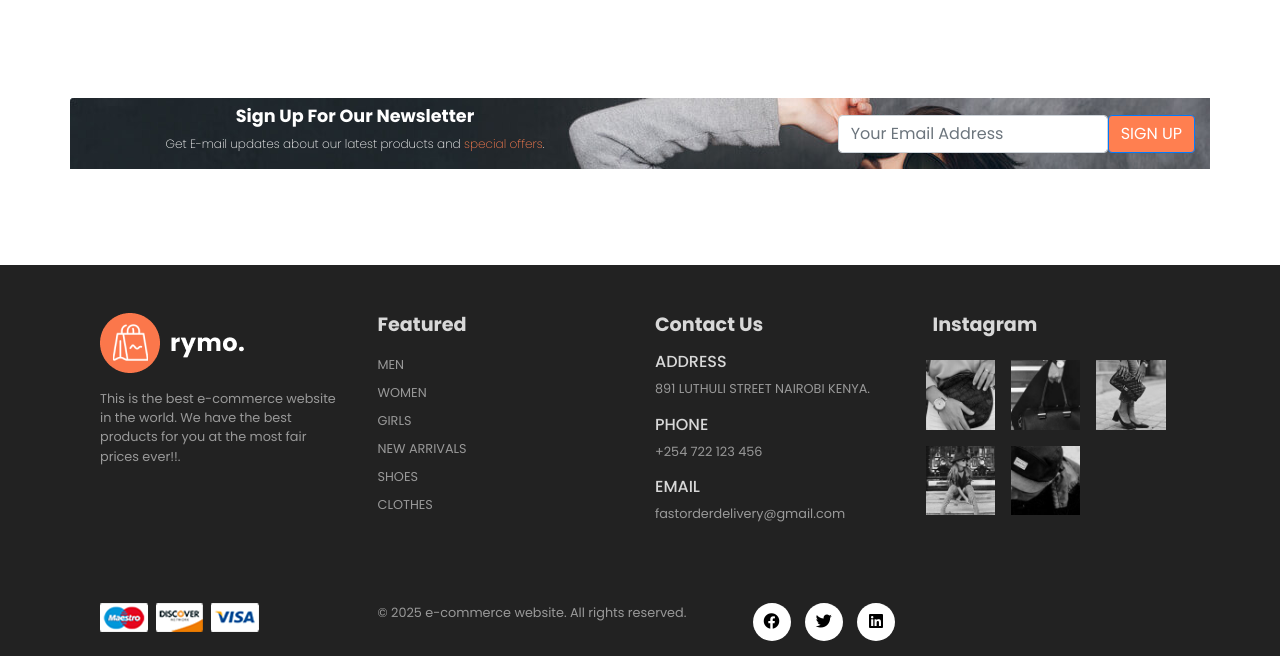
Repository: peter417waweru/e-commerce-UI
Page: contact.html
These files come from the project's save history. The page is drawn as it stood at one moment and after the next save; the edit follows.
The browser window is 1280 px wide. The pictures show the part of the page from y = 792 to 1448 px (the page is 1448 px tall).
Pictures or frames that could not be fetched are drawn as grey boxes. Some web libraries are served in a nearby version.

Above is the page before, as saved 2025-02-10 00:31:34.
Console error: TypeError: Cannot set properties of undefined (setting 'onclick')

### contact.html
<!DOCTYPE html>
<html lang="en">
    <head>

        <meta charset="UTF-8">
        <meta http-equiv="X-UA-Compatible" content="IE=edge">
        <meta name="viewport" content="width=device-width, initial-scale=1.0">
        <title>Ecommerce Website1</title>

        <link rel="stylesheet" href="https://cdn.jsdelivr.net/npm/bootstrap@4.1.3/dist/css/bootstrap.min.css"
        integrity="sha384-MCw98/SFnGE8fJT3GXwEOngsV7Zt27NXFoaoApmYm81iuXoPkFOJwJ8ERdknLPMO" crossorigin="anonymous">

        <link rel="stylesheet" href="https://pro.fontawesome.com/releases/v5.10.0/css/all.css" />

        <link rel="stylesheet" href="./style.css">
        <link rel="stylesheet" href="./about.css">
        <link rel="stylesheet" href="./contact.css">
    </head>

    <body>
        <nav class="navbar navbar-expand-lg navbar-light bg-white py-3 fixed-top">
            <div class="container">
              <img src="img/logo1.png" alt="">
              <button class="navbar-toggler" type="button" data-bs-toggle="collapse" data-bs-target="#navbarSupportedContent"
              aria-controls="navbarSupportedContent" aria-expanded="false" aria-label="Toggle navigation">
                <span><i id="bar" class="fas fa-bars"></i></span>
              </button>
              <div class="collapse navbar-collapse" id="navbarSupportedContent">
                <ul class="navbar-nav ml-auto">
                  <li class="nav-item">
                    <a class="nav-link " aria-current="page" href="#">Home</a>
                  </li>
                  <li class="nav-item">
                    <a class="nav-link" aria-current="page" href="shop.html">Shop</a>
                  </li>
                  <li class="nav-item">
                    <a class="nav-link" aria-current="page" href="#">Blog</a>
                  </li>
                  <li class="nav-item">
                    <a class="nav-link" aria-current="page" href="#">About</a>
                  </li>
                  <li class="nav-item">
                    <a class="nav-link active" aria-current="page" href="#">Contact Us</a>
                  </li>
                  <li class="nav-item">
                    <i class="fal fa-search"></i>
                    <i class="fal fa-shopping-bag"></i>
                  </li>


                </ul>

              </div>
            </div>
        </nav>

        <section id="page-header" class="container mt-5 pt-5">
           <div class="about-header">
            <h2 class="text-center mt-5 pt-5">#let's_talk</h2>
            <p class="text-center">Contact us with any questions, and our team will be happy to assist you.</p>
           </div>
        </section>

        <section id="contact-details" class="container mt-5">
            <div class="row d-flex align-items-center gap-4">
                <div class="details-side col-lg-6 col-md-6 col-12">
                    <span>GET IN TOUCH</span>
                    <h2>Visit one of our agency locations or contact us today</h2>
                    <h3>Head Office</h3>
                    <hr class="mt-1">
                    <li>
                        <i class="fal fa-map"></i>
                        <p>Kiki.moto Collection Shop C59
                            Dubai Merchant Mall, Nairobi, Kenya</p>
                    </li>
                    <li>
                        <i class="fal fa-envelope"></i>
                        <p>support@kiki.moto.com</p>
                    </li>
                    <li>
                        <i class="fal fa-phone-alt"></i>
                        <p>+254 754 497441,  +254 703 416091</p>
                    </li>
                    <li>
                        <i class="fal fa-clock"></i>
                        <p>Open: Mon - Sat, 9:00 AM - 8:00 PM</p>
                    </li>
                </div>
                <div class="map col-lg-6 col-md-6 col-12">
                    <iframe src="https://www.google.com/maps/embed?pb=!1m18!1m12!1m3!1d3988.
                    8308746660095!2d36.778592273500564!3d-1.2747547356105604!2m3!1f0!2f0!3f0!3m2!1i1024!2i768!4f13.1!3m3!1m2!1s0x182f1
                    9fd9b65c0ef%3A0xbac0db1b9cbf73e!2sArchives%20Tower%2C%20Nairobi!5e0!3m2!1ssw!2ske!4v1739129931160!5m2!1ssw!2ske" width="100%" height="350px" style="border:0;"
                     allowfullscreen="" loading="lazy" referrerpolicy="no-referrer-when-downgrade">
                    </iframe>
                </div>
            </div>
        </section>

        <section id="newsletter" class="container py-5">
            <div class="row align-items-center text-center text-lg-start">
                <div class="col-lg-6 col-md-12">
                    <h4 class="mt-2">Sign Up For Our Newsletter</h4>
                    <p>Get E-mail updates about our latest products and <span>special offers</span>.</p>
                </div>
                <div class="col-lg-6 col-md-12">
                    <form class="d-flex justify-content-center justify-content-lg-end">
                        <input type="email" class="form-control w-50 me-2" placeholder="Your Email Address">
                        <button class="btn btn-primary">Sign Up</button>
                    </form>
                </div>
            </div>
        </section>

        <footer class="mt-5">
            <div class="row container mx-auto pt-5">
              <div class="footer-one col-lg-3 col-md-6 col-12">
                <img src="img/logo2.png" alt="">
                <p class="pt-3">This is the best e-commerce website in the world.
                   We have the best products for you at the most fair prices ever!!.</p>
              </div>
              <div class="footer-one col-lg-3 col-md-6 col-12">
                <h4 class="pb-2">Featured</h4>
                <ul class="text-uppercase list-unstyled">
                  <li><a href="#">men</a></li>
                  <li><a href="#">women</a></li>
                  <li><a href="#">girls</a></li>
                  <li><a href="#">new arrivals</a></li>
                  <li><a href="#">shoes</a></li>
                  <li><a href="#">clothes</a></li>
                </ul>
              </div>
              <div class="footer-one col-lg-3 col-md-6 col-12 mb-3">
                <h4 class="pb-2">Contact Us</h4>
                <div>
                  <h6 class="text-uppercase">Address</h6>
                <p>891 LUTHULI STREET NAIROBI KENYA.</p>
                </div>
                <div>
                  <h6 class="text-uppercase">Phone</h6>
                <p>+254 722 123 456</p>
                </div>
                <div>
                  <h6 class="text-uppercase">Email</h6>
                <p>fastorderdelivery@gmail.com</p>
                </div>
              </div>
              <div class="footer-one col-lg-3 col-md-6 col-12 mb-3">
                <h4 class="pb-2">Instagram</h4>
                <div class="row">
                  <img class="img-fluid w-25 h-100 m-2" src="img/insta/1.jpg" alt="">
                  <img class="img-fluid w-25 h-100 m-2" src="img/insta/2.jpg" alt="">
                  <img class="img-fluid w-25 h-100 m-2" src="img/insta/3.jpg" alt="">
                  <img class="img-fluid w-25 h-100 m-2" src="img/insta/4.jpg" alt="">
                  <img class="img-fluid w-25 h-100 m-2" src="img/insta/5.jpg" alt="">
                </div>
              </div>
            </div>
            <div class="copyright mt-5">
              <div class="row container mx-auto">
                <div class="col-lg-3 col-md-6 col-12 mb-4">
                  <img class="img-fluid" src="img/payment.png" alt="">
                </div>
                <div class="col-lg-4 col-md-6 col-12 text-nowrap mb-2">
                  <p>© 2025 e-commerce website. All rights reserved.</p>
                </div>
                <div class="col-lg-4 col-md-6 col-12">
                  <a href="#"><i class="fab fa-facebook"></i></a>
                  <a href="#"><i class="fab fa-twitter"></i></a>
                  <a href="#"><i class="fab fa-linkedin"></i></a>
                </div>
              </div>
            </div>
        </footer>
    </body>

    <script src="https://cdn.jsdelivr.net/npm/@popperjs/core@2.9.1/dist/umd/popper.min.js"
        integrity="sha384-SR1sx49pcuLnqZUnnPwx6FCym0wLsk5JZuNx2bPPENzswTNFaQU1RDvt3wT4gWFG"
        crossorigin="anonymous">
    </script>
    <script src="https://cdn.jsdelivr.net/npm/bootstrap@5.0.0-beta3/dist/js/bootstrap.min.js"
        integrity="sha384-j0CNLUeiqtyaRmlzUHCPZ+Gy5fQu0dQ6eZ/xAww941Ai1SxSY+0EQqNXNE6DZiVc"
        crossorigin="anonymous">
    </script>
    <script src="scripts.js"></script>
</html>

### style.css
@import url("https://fonts.googleapis.com/css2?family=Poppins:wght@100;200;300;400;500;600;700;800;900&display=swap");
* {
  margin: 0;
  padding: 0;
  box-sizing: border-box;
}

body {
  font-family: "Poppins", sans-serif;
}

h1 {
  font-size: 2.5rem;
  font-weight: 700;
}

h2 {
  font-size: 1.8rem;
  font-weight: 600;
}

h3 {
  font-size: 1.4rem;
  font-weight: 800;
}

h4 {
  font-size: 1.1rem;
  font-weight: 600;
}

h5 {
  font-size: 1rem;
  font-weight: 400;
  color: #1d1d1d;
}

h6 {
  color: #d8d8d8;
}

hr {
  width: 30px;
  height: 2px;
  background-color: #fb774b;
}

.star {
  padding: 10px 0;
}

.star i{
  font-size: 0.8rem;
  color: goldenrod;
}

button {
  font-size: 0.8rem;
  font-weight: 700;
  outline: none;
  border: none;
  background-color: #1d1d1d;
  color: aliceblue;
  padding: 13px 30px;
  cursor: pointer;
  text-transform: uppercase;
  transition: 0.3s ease;
}

button:hover {
  background-color: #3a3833;
}

hr {
  width: 30px;
  height: 2px;

}

.navbar {
  font-size: 16px;
  background-color: #d8d8d8;
  top: 0;
  left: 0;
  box-shadow: 0 5px 10px rgba(0, 0, 0, 0.1);
}

.navbar-light .navbar-nav .nav-link{
  padding: 0 20px;
  color: black;
  transition: 0.3s ease;
}

.navbar-light .navbar-nav .nav-link:hover,
.navbar i:hover,
.navbar-light .navbar-nav .nav-link.active,
.navbar i.active
{
  color: coral;
}



.navbar i{
  font-size: 1.2rem;
  padding: 0 7px;
  cursor: pointer;
  transition: 0.3s ease;
}

/* Mobile Nav*/


.navbar-light .navbar-toggler{
  border: none;
  outline: none;
}

#bar {
  font-size: 1.5rem;
  padding: 7px;
  cursor: pointer;
  font-weight: 500;
  color: black;
  transition: 0.3s ease;
}

#bar:hover,
#bar.active{
  color: #fff;
}

@media only screen and (max-width: 990px) {

  body > nav > div > button:hover ,
  body > nav > div > button:focus {
    background-color: #fb774b;
  }

  body > nav > div > button:hover #bar,
  body > nav > div > button:focus #bar {
    background-color: #fb774b;
  }

  #navbarSupportedContent > ul {
    margin: 1rem;
    justify-content: flex-end;
    align-items: flex-end;
    text-align: right;
  }

  #navbarSupportedContent > ul > li:nth-child(n) > a {
    padding: 10px 0;
  }
}


#home {
  background-image: url("img/back.jpg");
  width: 100%;
  height: 100vh;
  background-size: cover;
  background-position: top 70px center;
  display: flex;
  flex-direction: column;
  align-items: flex-start;
  justify-content: center;

}

#home span{
  color: coral;
}

#new .one img{
  width: 100%;
  height: 100%;
  background-position: center center;
  background-repeat: no-repeat;
  background-size: cover;
  position: relative;
}


#new .row .one .details{
  position: absolute;
  width: 100%;
  height: 100%;
  top: 0;
  left: 0;
  transition: 0.3s ease;
}

#new .row .one:hover .details{
  cursor: pointer;
  background-color: rgba(255, 178, 178, 0.8);
}

#new .row .one .details button{
 display: inline-block;
 font-size: 14px;
 font-weight: 500;
 color: #2a2a2a;
 background: none;
 text-transform: uppercase;
 border-bottom: 1px solid #2a2a2a;
 padding: 1.5px;
 transform: translateY(70px);
 transition: 0.3s ease;
}

#new .row .one .details button:hover{
  cursor: pointer;
  color: #fff;
  border-bottom: 1px solid #fff;
}

#new .row .one:nth-child(1) .details{
  display: flex;
  justify-content: center;
  flex-direction: column;
  align-items: flex-start;
  text-align: start;
}

#new .row .one:nth-child(2) .details{
  display: flex;
  justify-content: center;
  flex-direction: column;
  align-items: center;
  text-align: center;
}

#new .row .one:nth-child(3) .details{
  display: flex;
  justify-content: center;
  flex-direction: column;
  align-items: flex-end;
  text-align: end;
}

/*Products*/

.product {
  cursor: pointer;
  margin-bottom: 2rem;
}

.product img{
  transition: 0.3s all;

}

.product img:hover{
  opacity: 0.7;
}

.product .buy-btn{
  background: #fb774b;
  transform: translateY(20px);
  opacity: 0;
  transition: 0.3s all;
}
.product:hover .buy-btn{
  transform: translateY(0px);
  opacity: 1;
}

#banner {
  background-image: url("img/banner/2.jpg");
  width: 100%;
  height: 60vh;
  background-size: cover;
  background-position: top 70px center;
  background-repeat: no-repeat;
  background-attachment: fixed;
  display: flex;
  flex-direction: column;
  align-items: flex-start;
  justify-content: center;
}

#banner h4{
  color: #D8D8D8;
}

#banner h1{
  color: #D8D8D8;
}

#banner button{
  background-color: #fb774b;
}

footer{
  background-color: #222222;
}

footer h4 {
  color: #D8D8D8;
  font-size: 1.2rem;
  font-weight: 700;
}

footer li {
  padding-bottom: 4px;
}

footer li a {
  font-size: 0.8rem;
  color: #999;
}

footer li a:hover {
  color: #D8D8D8;
}

footer p{
  color: #999;
  font-size: 0.8rem;
}

footer .copyright a{
  color: #000;
  width: 38px;
  height: 38px;
  background-color: #fff;
  display: inline-block;
  text-align: center;
  line-height: 38px;
  border-radius: 50%;
  transition: 0.3s ease;
  margin: 0 5px;

}

footer .copyright a:hover{
  color: #fff;
  background-color: #fb774b;
}

### about.css
#page-header .about-header{
    background-image: url("img/about/banner.png");
    background-position: center;
    background-size: cover;
    width: 100%;
    height: 250px;
    border-radius: 2%;
}

#page-header .about-header h2,
#page-header .about-header p{
    color: #fff;
}

#about-app .video{
    width: 70%;
    height: 100%;
    margin: 30px auto 0 auto;
}

#about-app .video video{
    width: 100%;
    height: 100%;
    border-radius: 20px;
}

#newsletter .row{
    background-image: url("img/banner/1.jpg");
}

#newsletter .row h4{
    color: #fff;
    font-weight: bold;
}

#newsletter .row p{
    color: #fff;
    font-weight: 200;
    font-size: 12px;
}

#newsletter .row p span{
    color: coral;
    font-weight: 250;
}

#newsletter .row p span:hover{
    cursor: pointer;
    color: #8d8d8d;
}

#newsletter .row button{
    background-color: coral;
}

#newsletter .row button:hover{
    background-color: #8d8d8d;

}

@media (max-width: 768px){
    #newsletter .row{
        margin: 0 auto 0 auto;
        padding-bottom: 20px;
    }
}

### contact.css
#contact-details .details-side span{
    color: #8d8d8d;
    font-size: 15px;
}

#contact-details .details-side h2{
    margin-top: 10px;
    columns: black;
    font-size: 16px;
}

#contact-details .details-side h3{
    margin-top: 10px;
    columns: black;
    font-size: 17px;
}

#contact-details .details-side li{
    list-style-type: none;
    display: flex;
    padding: 10px 0;
}

#contact-details .details-side li i{
    font-size: 14px;
    padding-right: 22px;
}
#contact-details .details-side li p{
    margin: 0;
    font-size: 15px;
    opacity: 0.8;
}

#contact-details .details-side li p:hover{
    color: coral;
    cursor: pointer;
    font-weight: 300;
}

#contact-details .map{
    width: 55%;
    height: 400px;
}

### scripts.js
var MainImg = document.getElementById('MainImg');
var SmallImg = document.getElementsByClassName('small-img');

SmallImg[0].onclick = function(){
    MainImg.src = SmallImg[0].src;
}
SmallImg[1].onclick = function(){
    MainImg.src = SmallImg[1].src;
}
SmallImg[2].onclick = function(){
    MainImg.src = SmallImg[2].src;
}
SmallImg[3].onclick = function(){
    MainImg.src = SmallImg[3].src;
}

After the next save:
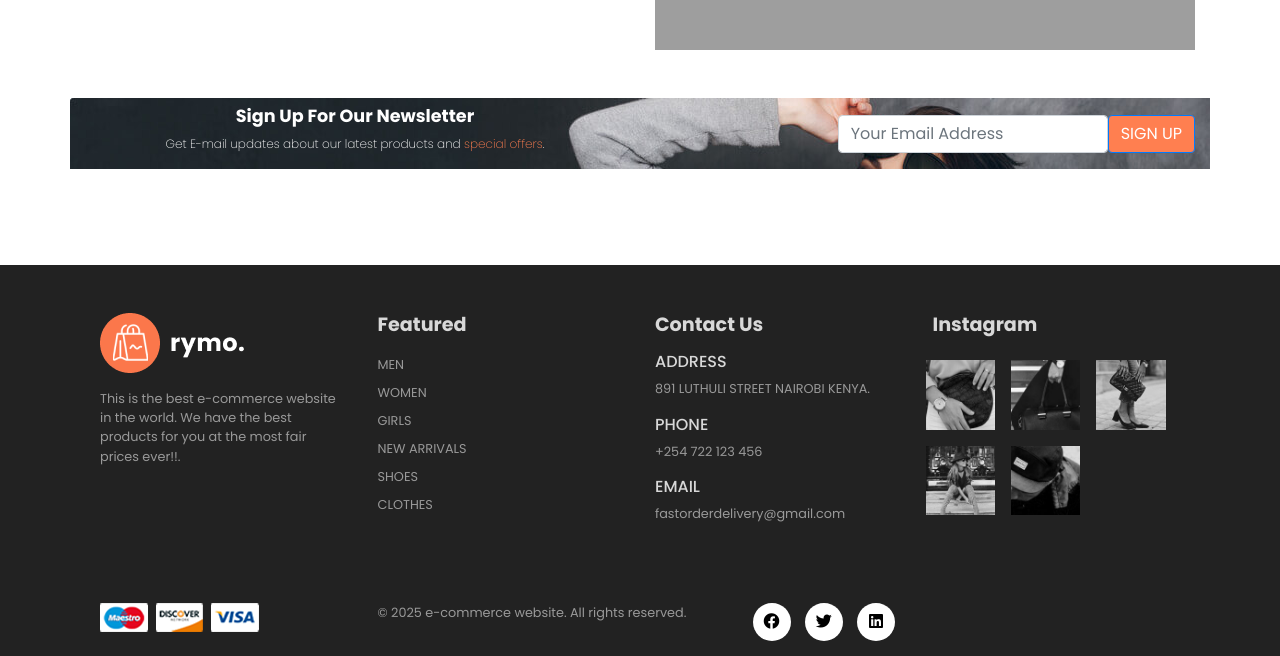
Saved 72 s later.
--- a/contact.css
+++ b/contact.css
@@ -41,3 +41,8 @@
     width: 55%;
     height: 400px;
 }
+
+#contact-details .map iframe{
+    width: 100%;
+    height: 100%;
+}
